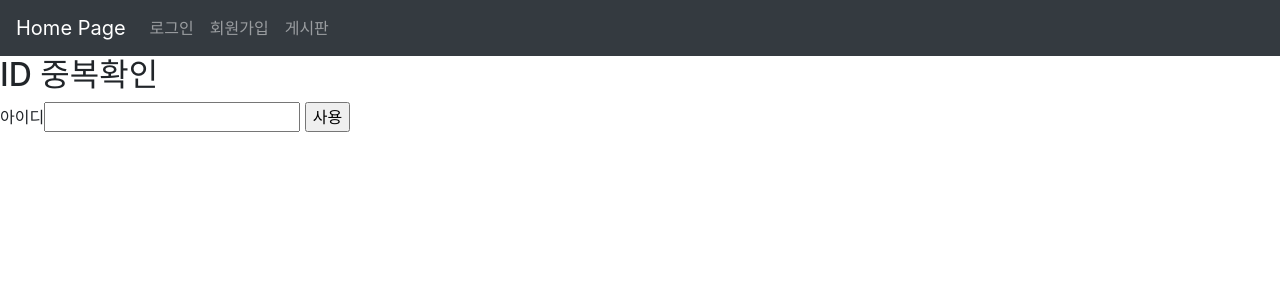
Repository: yerori/Eclipse
Page: http://localhost/project/member/idCheck.me
The author's editor kept a copy of each file at every save. The page is drawn from the files as they stood at one save, then again after the next save.
The browser window is 1280 px wide. The pictures show the whole page.
The page is served by Tomcat 9.

Above is the page before, as saved 2020-07-30 06:15:58.
Console error: SyntaxError: Unexpected token '{'

After the next save:
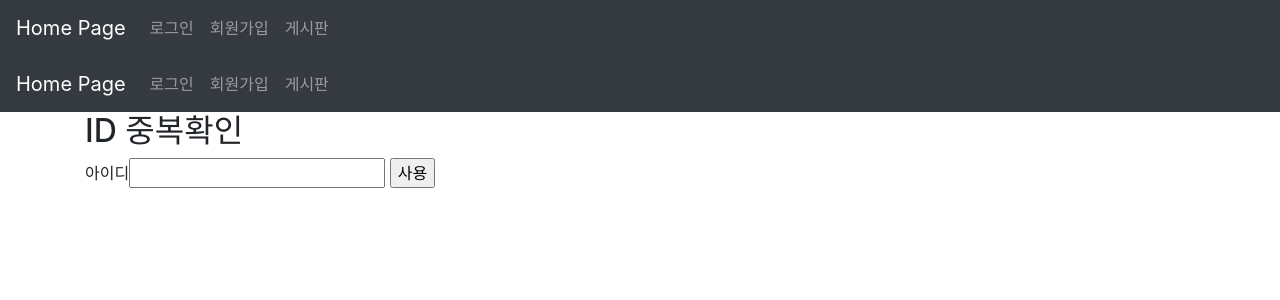
Saved 76 s later.
--- a/project/WebContent/member/idCheck.jsp
+++ b/project/WebContent/member/idCheck.jsp
@@ -1,15 +1,16 @@
 <%@ page language="java" contentType="text/html; charset=UTF-8"
     pageEncoding="UTF-8"%>
     <%@ include file="../include/header.jsp" %>
-<!DOCTYPE html>
-<html>
-<head>
-<meta charset="UTF-8">
-<title>Insert title here</title>
-</head>
-<body>
+
+<%@ include file="../include/header.jsp" %> <!-- header의 연장선~~ -->
+<div class="container">
+
+<form action="login.me" method="post">
+  <div class="form-group">
 <h2>ID 중복확인</h2>
 	아이디<input type="text" name="userid" id="userid">
 	<input type="button" value="사용" id="idCheckBtn" name="idCheckBtn">
 </body>
+</div>
+</form>
 </html>

After the save that followed:
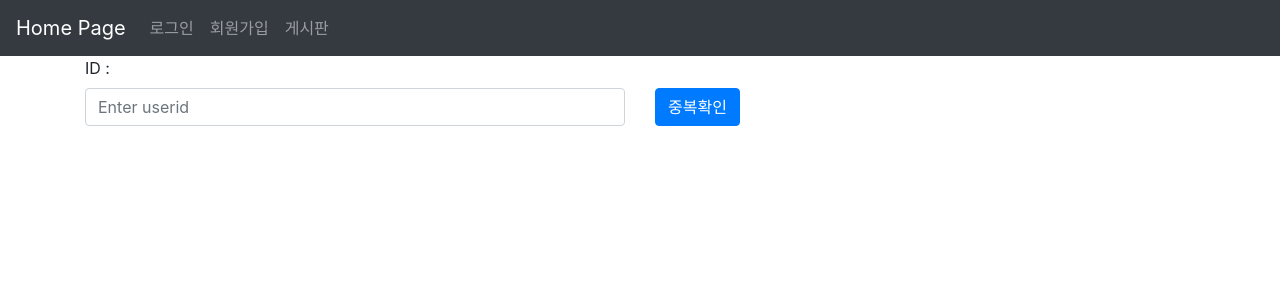
Saved 36 s later.
--- a/project/WebContent/member/idCheck.jsp
+++ b/project/WebContent/member/idCheck.jsp
@@ -1,16 +1,18 @@
 <%@ page language="java" contentType="text/html; charset=UTF-8"
     pageEncoding="UTF-8"%>
     <%@ include file="../include/header.jsp" %>
+<div class="container">
+<form action="insert.me" method="post" id="frm">
 
-<%@ include file="../include/header.jsp" %> <!-- header의 연장선~~ -->
-<div class="container">
-
-<form action="login.me" method="post">
-  <div class="form-group">
-<h2>ID 중복확인</h2>
-	아이디<input type="text" name="userid" id="userid">
-	<input type="button" value="사용" id="idCheckBtn" name="idCheckBtn">
-</body>
-</div>
+  <div class="row">
+    <div class="col">
+    <label for="userid">ID : </label>
+    <!-- id꼭 적을것@!!! -->
+    <input type="text" class="form-control" placeholder="Enter userid" id="userid" name="userid">
+ 	</div>
+ 	<div class="col align-self-end">
+  	<button type="button" id="id_checkBtn" class="btn btn-primary" name="id_checkBtn">중복확인</button>
+  	</div>
+  	</div>
 </form>
-</html>
+  </div>
